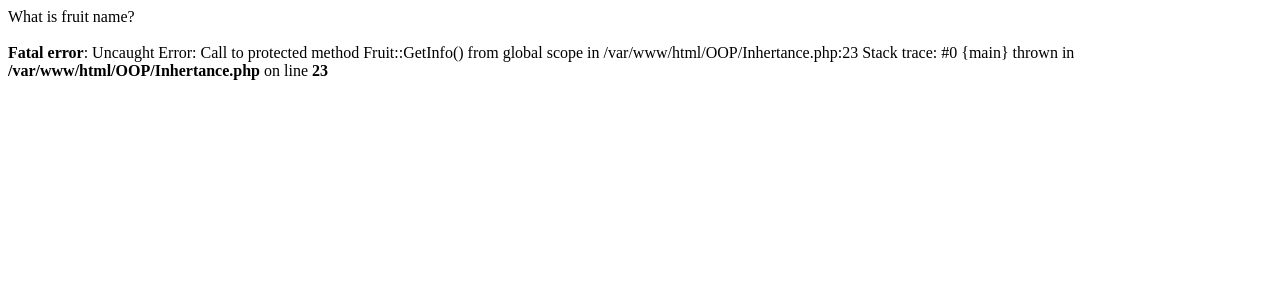
Repository: zinminkhantoo/assignment01
Page: http://localhost/OOP/Inhertance.php
The author's editor kept a copy of each file at every save. The page is drawn from the files as they stood at one save, then again after the next save.
The browser window is 1280 px wide. The pictures show the whole page.
The page is run by PHP 8.4 with error messages shown; the project is at /var/www/html/.

Above is the page before, as saved 2020-04-09 06:08:11.

After the next save:
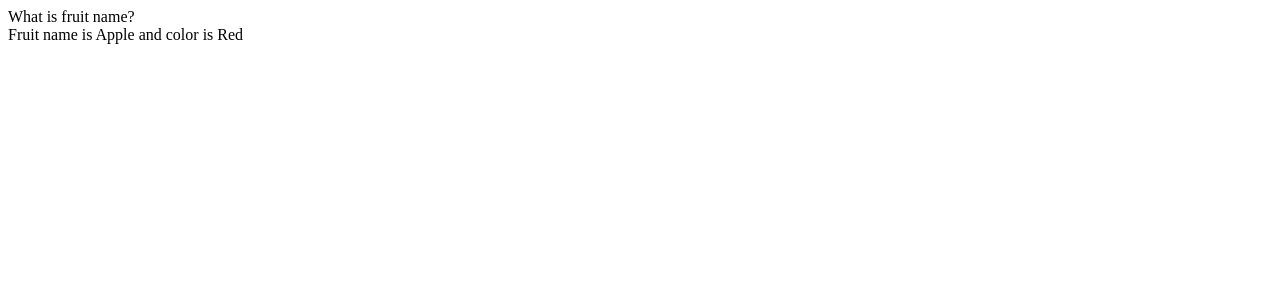
Saved 22 s later.
--- a/Test/OOP/Inhertance.php
+++ b/Test/OOP/Inhertance.php
@@ -1,12 +1,12 @@
 <?php
 class Fruit{
-    protected $fruit;
-    protected $color;
+    public $fruit;
+    public $color;
     function __construct($name, $color) {
         $this->fruit = $name;
         $this->color = $color;
     }
-    protected function GetInfo() {
+    public function GetInfo() {
         echo "Fruit name is ".$this->fruit." and color is ".$this->color;
     }
 }
